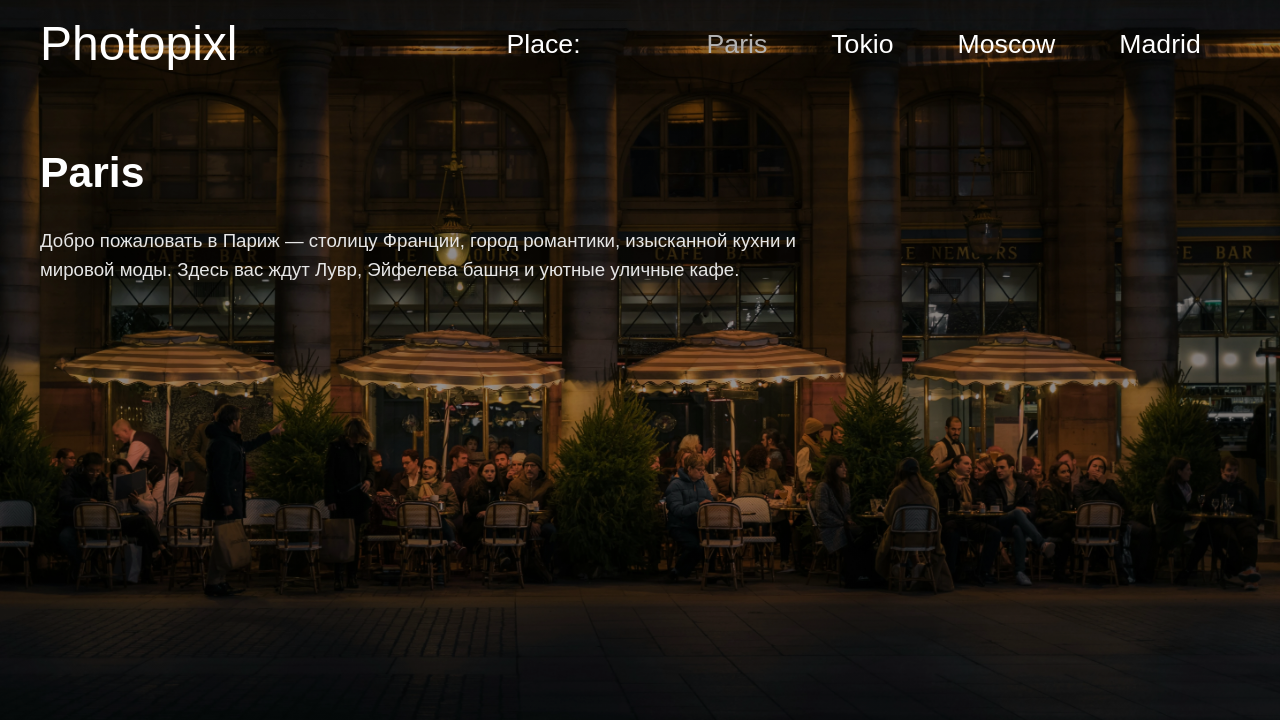
Repository: git-daniil/place-site
Page: index.html
These files come from the project's save history. The page is drawn as it stood at one moment and after a run of saves; the edit follows.
The browser window is 1280 px wide. The pictures show the whole page.
Some web fonts or font styles are not loaded; a fallback is used.

Above is the page before, as saved 2026-05-18 20:03:23.

After the next 3 saves:
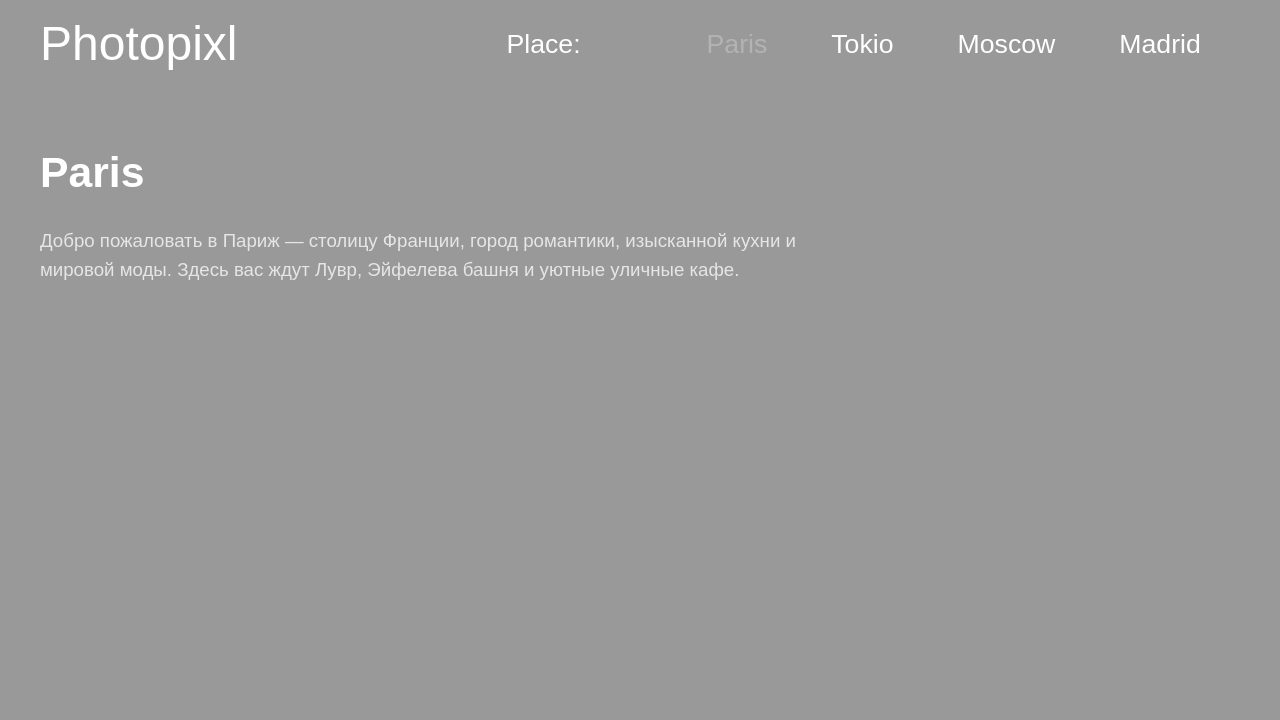
Not found: paris-bg.avif
The 3 saves are shown as one change because they came seconds apart.
The last was saved 2 min 20 s later.
--- a/style.css
+++ b/style.css
@@ -80,7 +80,7 @@
 }
 
 body.paris-page {
-    background-image: linear-gradient(rgba(0, 0, 0, 0.4), rgba(0, 0, 0, 0.4)), url('paris-bg.webp');
+    background-image: linear-gradient(rgba(0, 0, 0, 0.4), rgba(0, 0, 0, 0.4)), url('paris-bg.avif');
     background-size: cover;
     background-position: center;
     background-repeat: no-repeat;

After the save that followed:
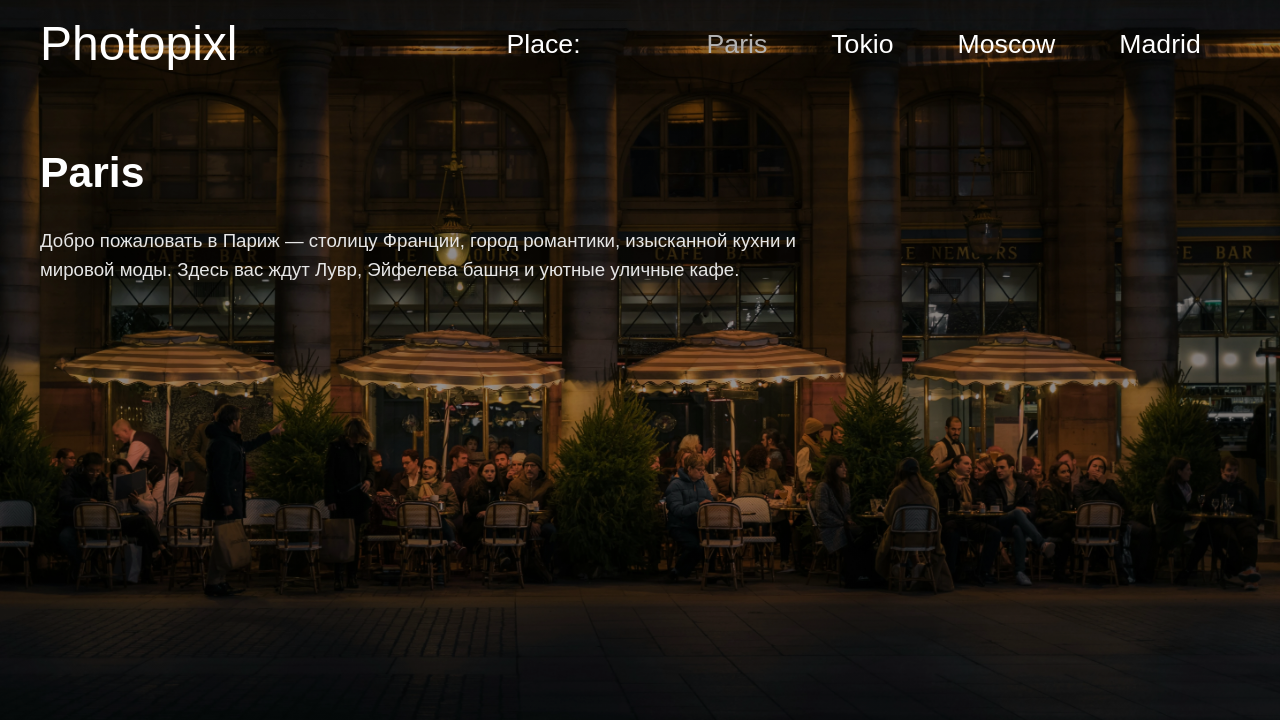
Saved 75 s later.
--- a/style.css
+++ b/style.css
@@ -80,7 +80,7 @@
 }
 
 body.paris-page {
-    background-image: linear-gradient(rgba(0, 0, 0, 0.4), rgba(0, 0, 0, 0.4)), url('paris-bg.avif');
+    background-image: linear-gradient(rgba(0, 0, 0, 0.4), rgba(0, 0, 0, 0.4)), url('paris-bg.webp');
     background-size: cover;
     background-position: center;
     background-repeat: no-repeat;
